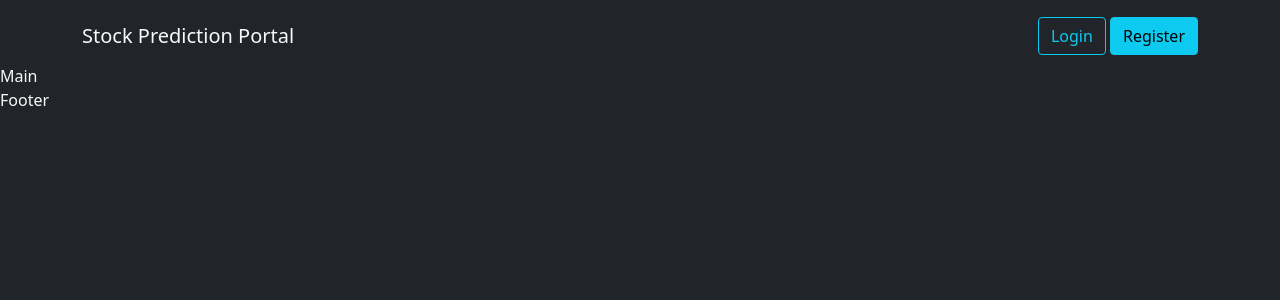
Repository: killerTiger10/stock-prediction-portal
Page: /login (app in frontend-react/)
The author's editor kept a copy of each file at every save. The page is drawn from the files as they stood at one save, then again after the next save.
The browser window is 1280 px wide. The pictures show the whole page.
The project was rebuilt for these pictures with package versions that can differ from the ones it lists, and the page was loaded fresh each time. Also part of the build but not shown: frontend-react/vite.config.js.

Above is the page before, as saved 2025-06-14 00:00:37.

After the next save:
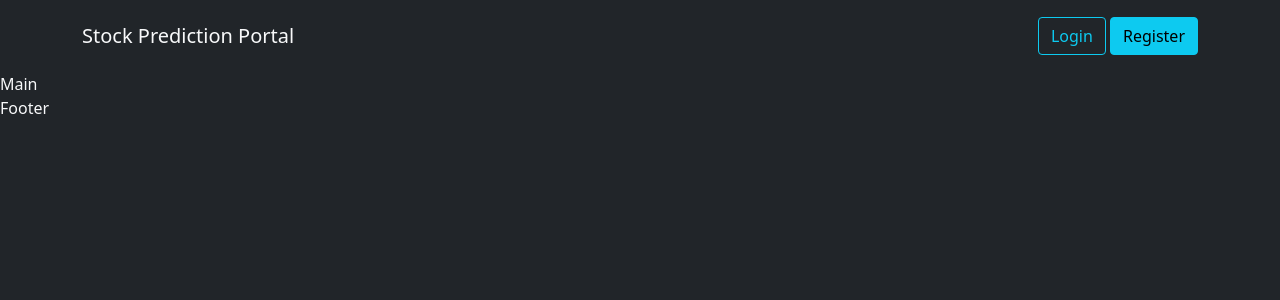
Saved 13 s later.
--- a/frontend-react/src/components/Header.jsx
+++ b/frontend-react/src/components/Header.jsx
@@ -3,7 +3,7 @@ import React from "react";
 const Header = () => {
   return (
     <>
-      <nav className="navbar container pt-3">
+      <nav className="navbar container pt-3 pb-3">
         <a href="" className="navbar-brand text-light">
           Stock Prediction Portal
         </a>
